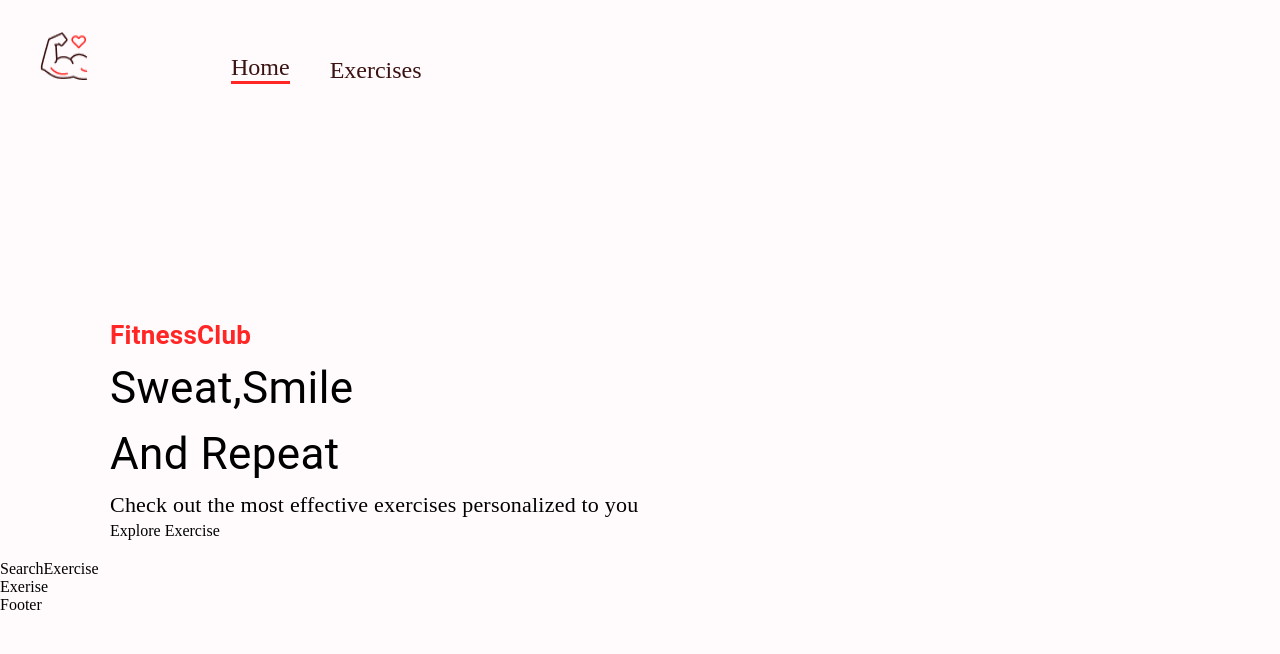
Repository: OmniaRafat232111121/Fitness
Page: /
The author's editor kept a copy of each file at every save. The page is drawn from the files as they stood at one save, then again after a run of saves.
The browser window is 1280 px wide. The pictures show the whole page.
The project was rebuilt for these pictures with package versions that can differ from the ones it lists, and the page was loaded fresh each time. Also part of the build but not shown: src/Pags/ExerciseDetail.js.

Above is the page before, as saved 2022-07-14 00:43:12.

After the next 2 saves:
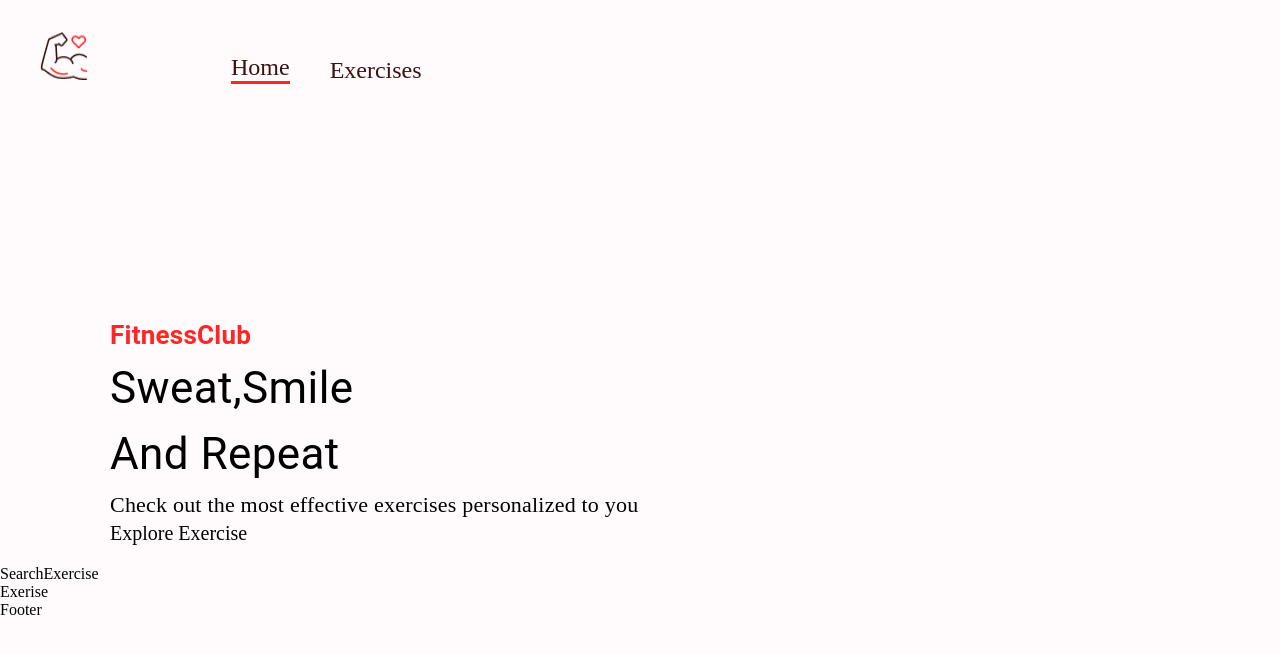
The 2 saves are shown as one change because they came seconds apart.
The last was saved 9 s later.
--- a/src/components/HeroBanner.js
+++ b/src/components/HeroBanner.js
@@ -14,7 +14,7 @@ const HeroBanner = () => {
    </Typography>
 
    <Stack>
-   <a fontWeight={600} color="#FF2625" sx={{ opacity: '0.1', display: { lg: 'block', xs: 'none' }, fontSize: '200px' }}>Explore Exercise</a>
+   <a style={{backgroundcolor:"#FF2625", fontWeight:"600px",fontSize:'20px'}} sx={{opacity:'0.1',display:{lg:'block',xs:'none'}}}>Explore Exercise</a>
    </Stack>
    </Box>
   )
